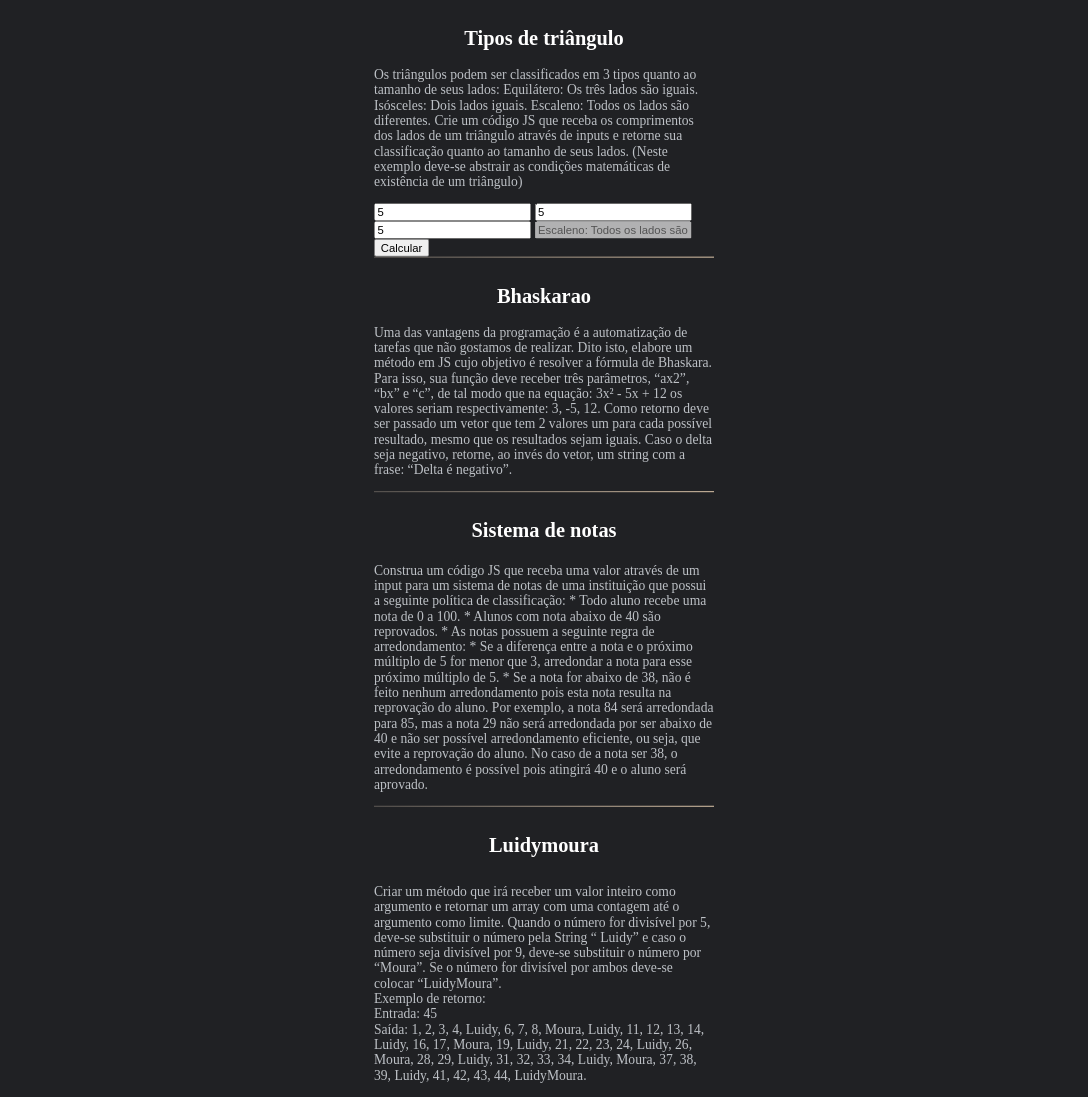
Repository: viviij/Fun-es-Simples-JavaScript
Page: index.html
An editor plug-in stored every save of this project. The page is shown before and after the next save, followed by the edit.
The browser window is 1280 px wide. The pictures show the whole page, at 85% of full size.
Empty fields were first filled with sample values (such as "Sample", 5 or name@example.com).
After loading, the first visible `#calculoTriangulo` was clicked once.

Above is the page before, as saved 2022-08-26 01:48:07.
Console error: TypeError: Cannot set properties of null (setting 'onblur')

After the next save:
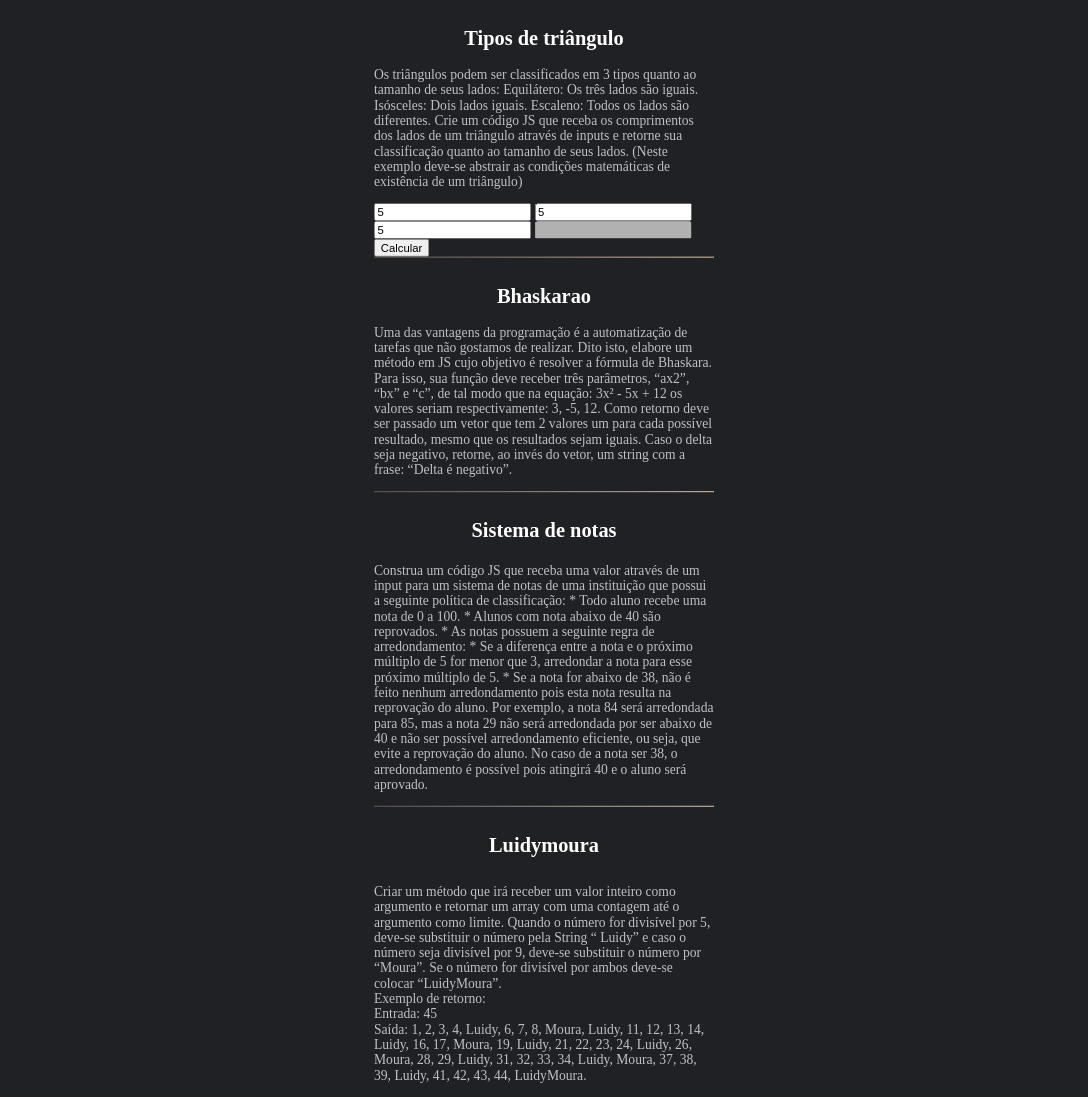
Saved 4 min 19 s later.
--- a/js/tipos_de_triangulo.js
+++ b/js/tipos_de_triangulo.js
@@ -37,14 +37,9 @@
     t2.focus();
   }else if (t3.value == "" && t1.value != "" && t2.value != "") {
     t3.focus();
-  }else{
-    if(t1 != t2 && t1 != t3 && t2 != t3) {
-      tr.value = "Escaleno: Todos os lados são diferentes.";
-    }else if (a == a){
-      alert("aaa")
-    }else {
-      return "a"
-    }
   }
 
+  if (t1 != t2 && t1 != t3 && t2 != t3) {
+    alert("pato")
+  }
 }
